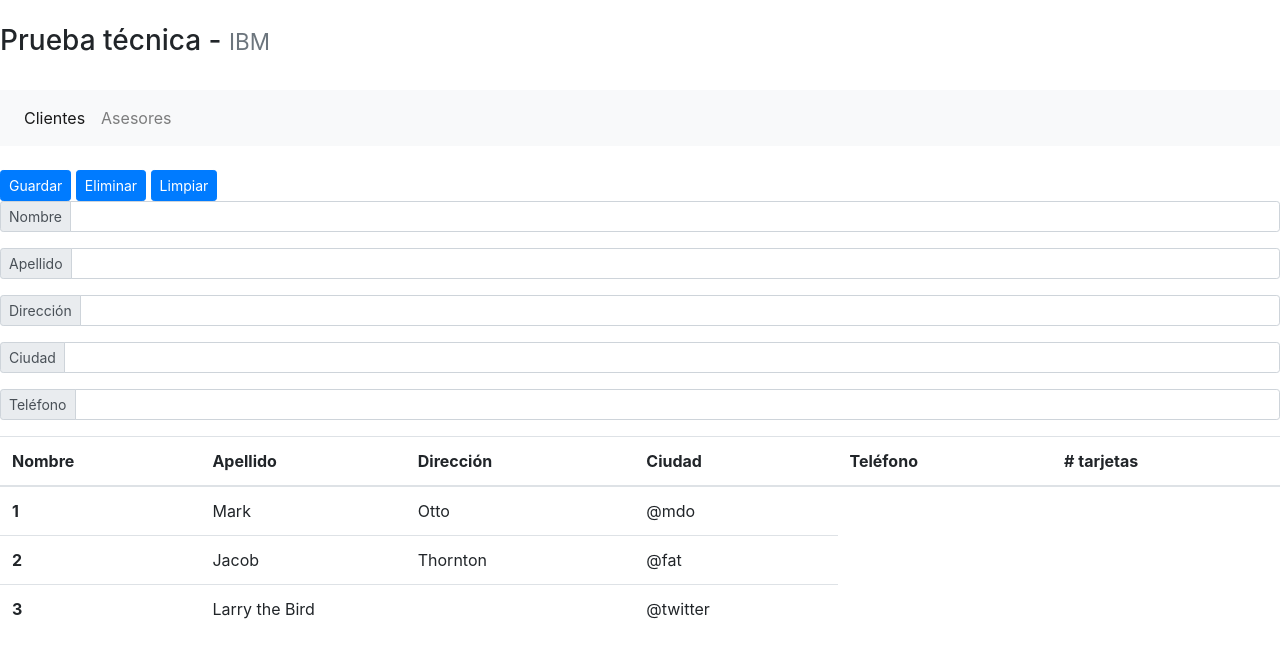
Repository: analozano16/ibm
Page: prueba_banco_war/src/main/webapp/index.html
An editor plug-in stored every save of this project. The page is shown before and after the next save, followed by the edit.
The browser window is 1280 px wide. The pictures show the whole page.
Some web libraries are served in a nearby version.

Above is the page before, as saved 2020-02-02 19:57:43.

After the next save:
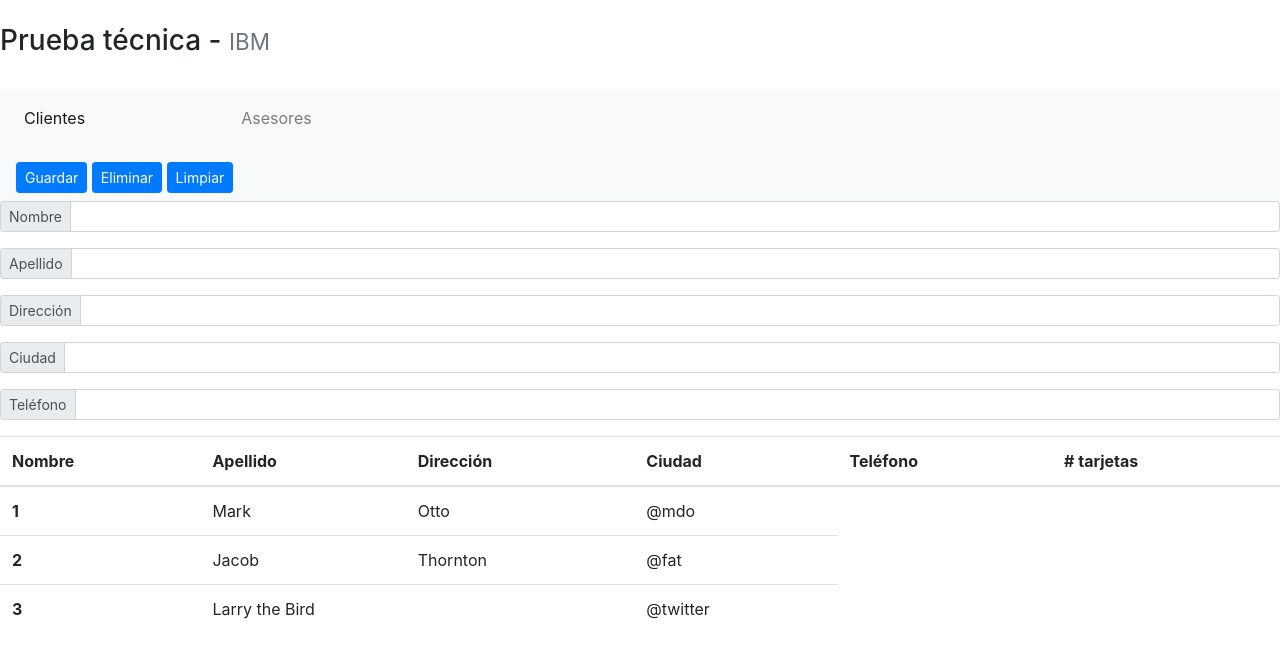
Saved 15 s later.
--- a/prueba_banco_war/src/main/webapp/index.html
+++ b/prueba_banco_war/src/main/webapp/index.html
@@ -22,6 +22,15 @@
   <ul class="navbar-nav">
     <li class="nav-item active">
       <a class="nav-link" href="#">Clientes</a>
+
+      <br/>
+<button type="button" class="btn btn-primary btn-sm">Guardar</button>
+<button type="button" class="btn btn-primary btn-sm">Eliminar</button>
+<button type="button" class="btn btn-primary btn-sm">Limpiar</button>
+
+<br/>
+
+
     </li>
     <li class="nav-item">
       <a class="nav-link" href="#">Asesores</a>
@@ -31,12 +40,7 @@
 
 
 
-<br/>
-<button type="button" class="btn btn-primary btn-sm">Guardar</button>
-<button type="button" class="btn btn-primary btn-sm">Eliminar</button>
-<button type="button" class="btn btn-primary btn-sm">Limpiar</button>
 
-<br/>
 <div class="input-group input-group-sm mb-3">
   <div class="input-group-prepend">
     <span class="input-group-text" id="inputGroup-sizing-sm">Nombre</span>
